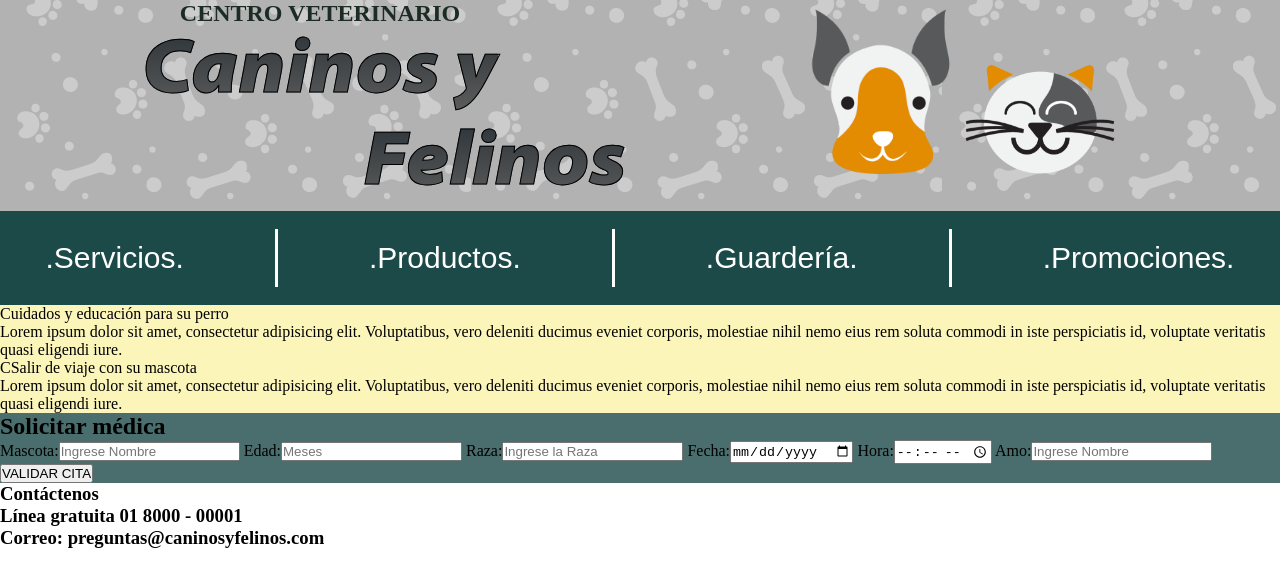
Repository: mariomr87/senaweb01
Page: principal.html
The author's editor kept a copy of each file at every save. The page is drawn from the files as they stood at one save, then again after the next save.
The browser window is 1280 px wide. The pictures show the whole page.

Above is the page before, as saved 2021-10-23 08:21:16.

After the next save:
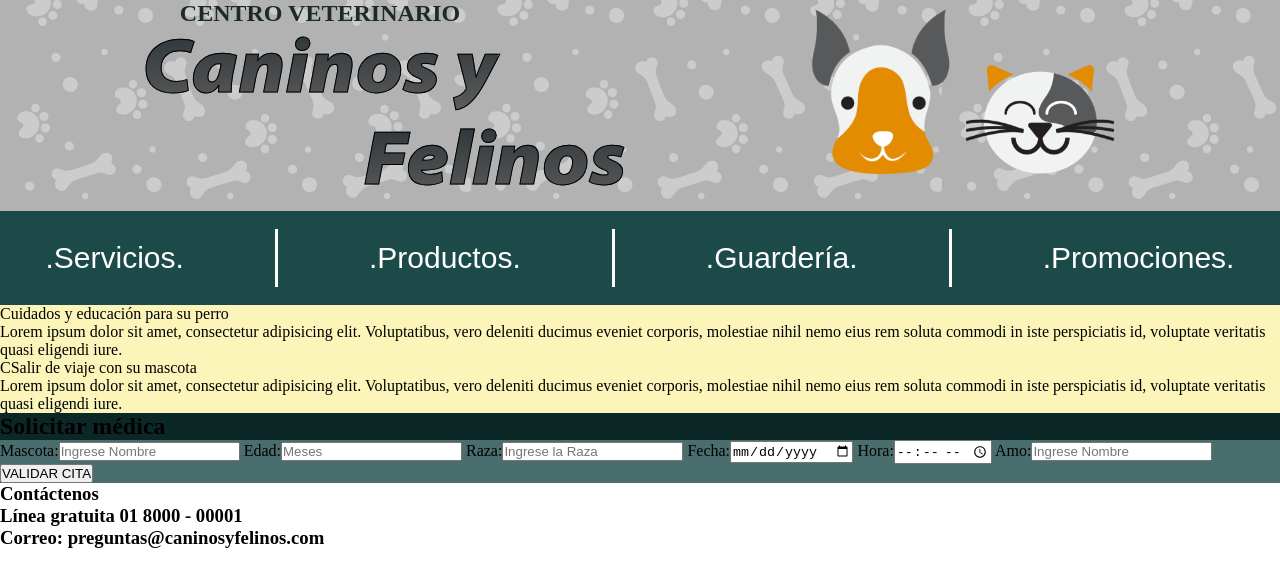
Saved 49 s later.
--- a/estilos.css
+++ b/estilos.css
@@ -75,6 +75,9 @@ section{
     background: #fbf5ba;
 }
 
+form  div h2{
+    background:#0b2826 ;
+}
 aside{
     background: #496e6d;
 }
